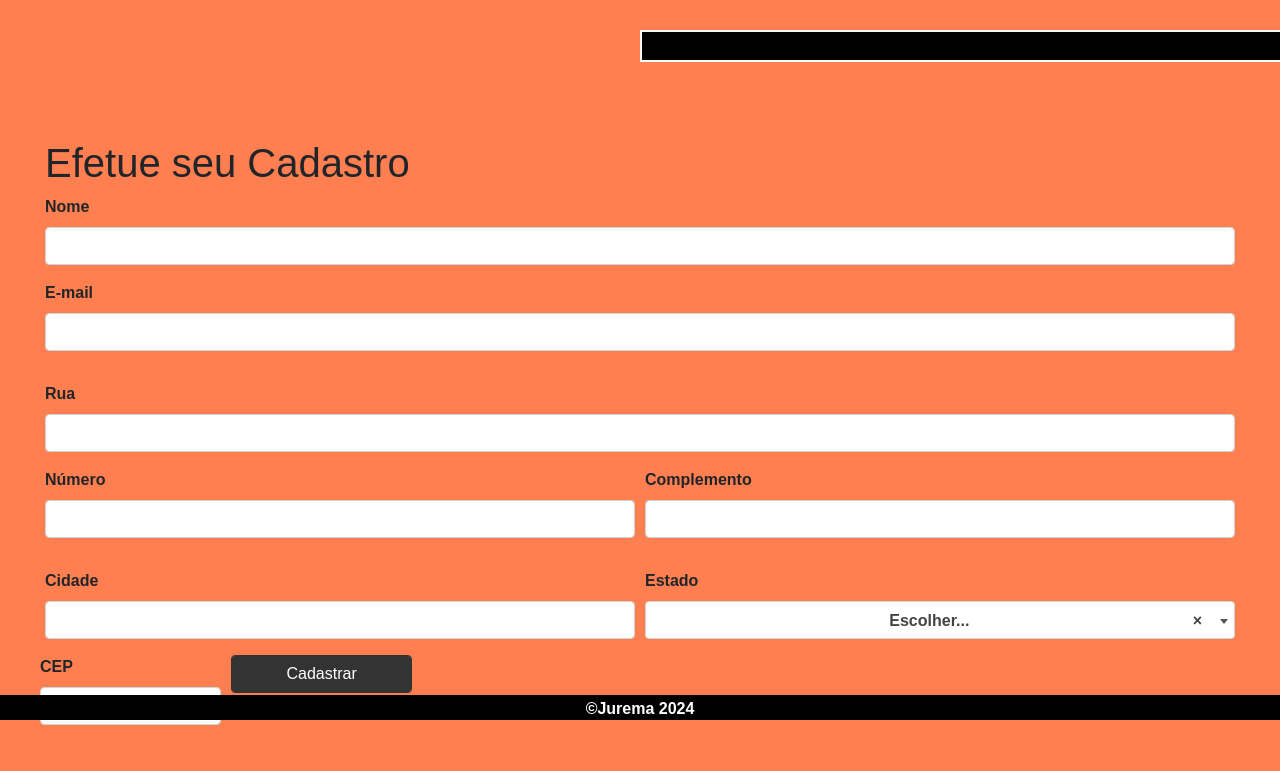
Repository: devropaes/RECEITAS
Page: OneDrive/Área de Trabalho/Estudos/Estácio/receitas/cadastro.html
An editor plug-in stored every save of this project. The page is shown before and after the next save, followed by the edit.
The browser window is 1280 px wide. The pictures show the whole page.

Above is the page before, as saved 2024-03-13 21:35:56.

After the next save:
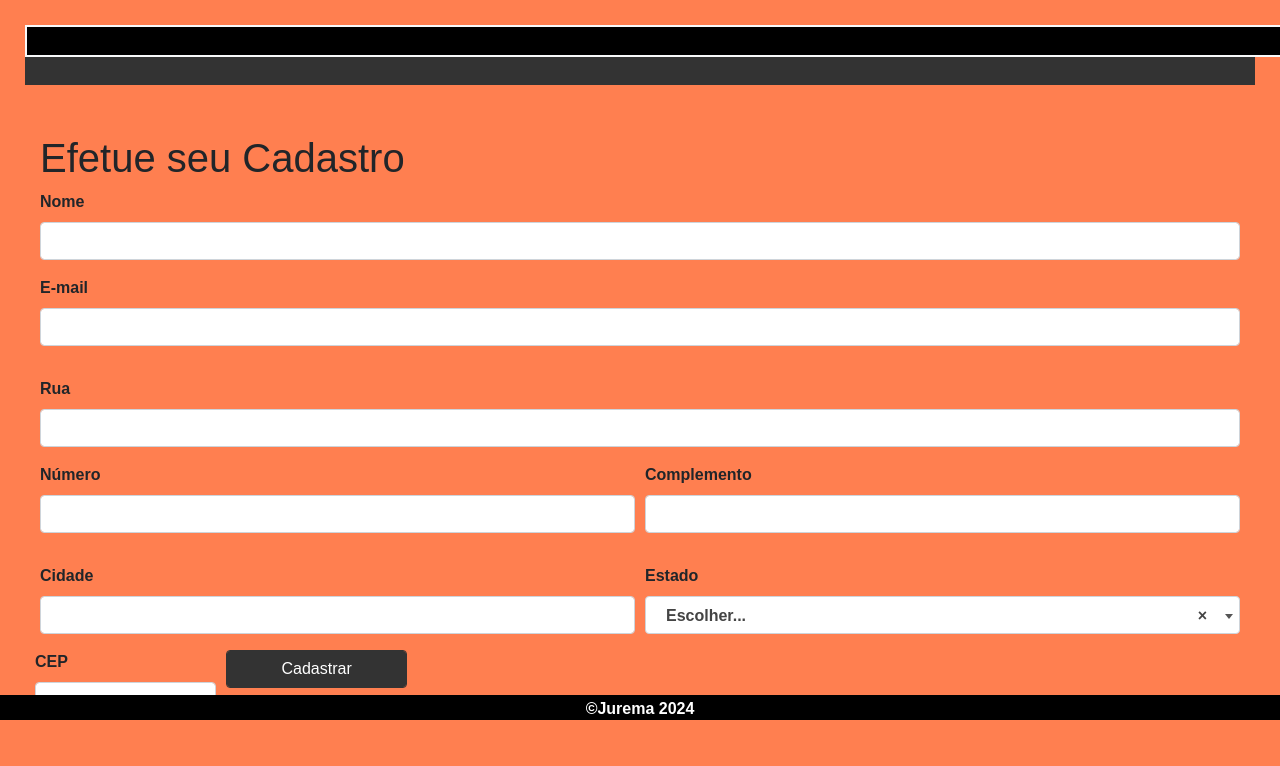
Saved 61 s later.
--- a/OneDrive/Área de Trabalho/Estudos/Estácio/receitas/cadastro.html
+++ b/OneDrive/Área de Trabalho/Estudos/Estácio/receitas/cadastro.html
@@ -6,7 +6,7 @@
     <meta name="viewport" content="width=device-width, initial-scale=1.0">
     <link rel="stylesheet" href="https://stackpath.bootstrapcdn.com/bootstrap/4.3.1/css/bootstrap.min.css" integrity="sha384-ggOyR0iXCbMQv3Xipma34MD+dH/1fQ784/j6cY/iJTQUOhcWr7x9JvoRxT2MZw1T" crossorigin="anonymous">
     <link href="https://cdnjs.cloudflare.com/ajax/libs/select2/4.0.13/css/select2.min.css" rel="stylesheet" />
-    <link rel="stylesheet" href="formatos.css">
+
     <link rel="stylesheet" href="cadastro.css">
     <title>Cadastro</title>
     <style>

After the save that followed:
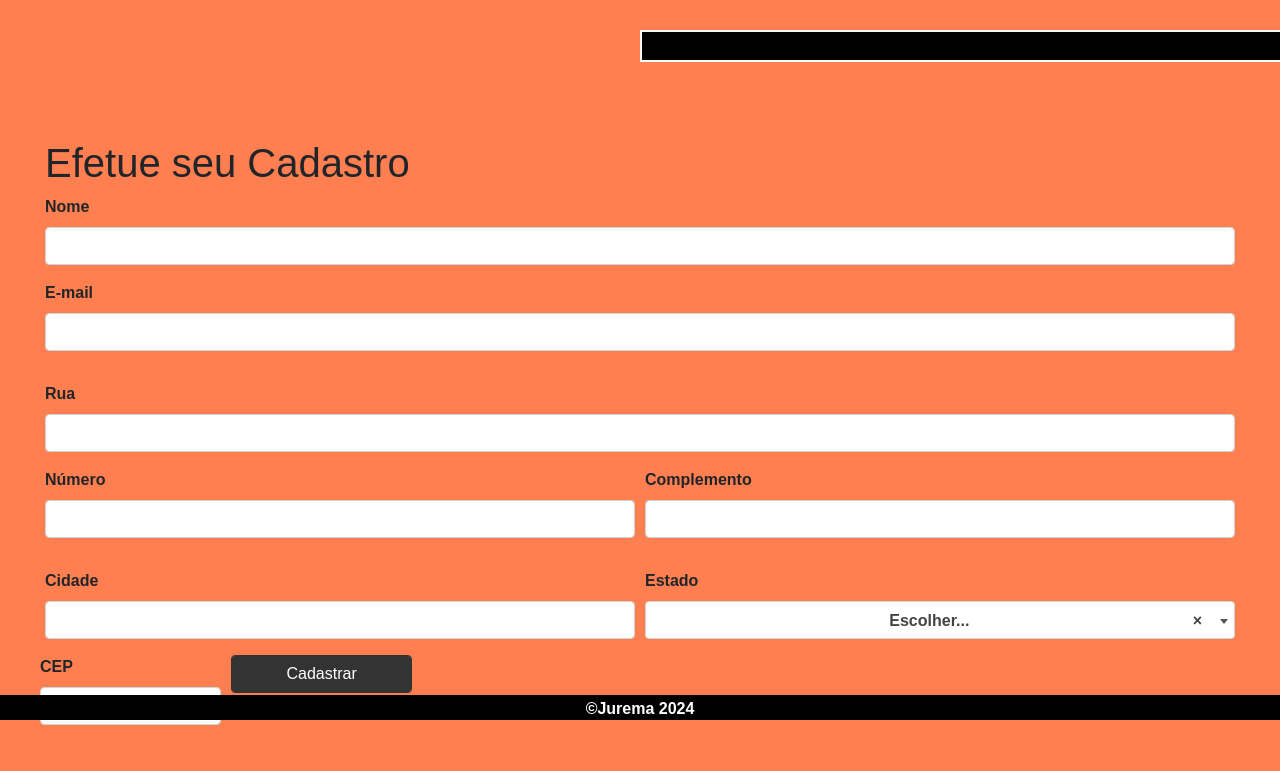
Saved 36 s later.
--- a/OneDrive/Área de Trabalho/Estudos/Estácio/receitas/cadastro.html
+++ b/OneDrive/Área de Trabalho/Estudos/Estácio/receitas/cadastro.html
@@ -6,7 +6,7 @@
     <meta name="viewport" content="width=device-width, initial-scale=1.0">
     <link rel="stylesheet" href="https://stackpath.bootstrapcdn.com/bootstrap/4.3.1/css/bootstrap.min.css" integrity="sha384-ggOyR0iXCbMQv3Xipma34MD+dH/1fQ784/j6cY/iJTQUOhcWr7x9JvoRxT2MZw1T" crossorigin="anonymous">
     <link href="https://cdnjs.cloudflare.com/ajax/libs/select2/4.0.13/css/select2.min.css" rel="stylesheet" />
-
+    <link rel="stylesheet" href="formatos.css">
     <link rel="stylesheet" href="cadastro.css">
     <title>Cadastro</title>
     <style>
